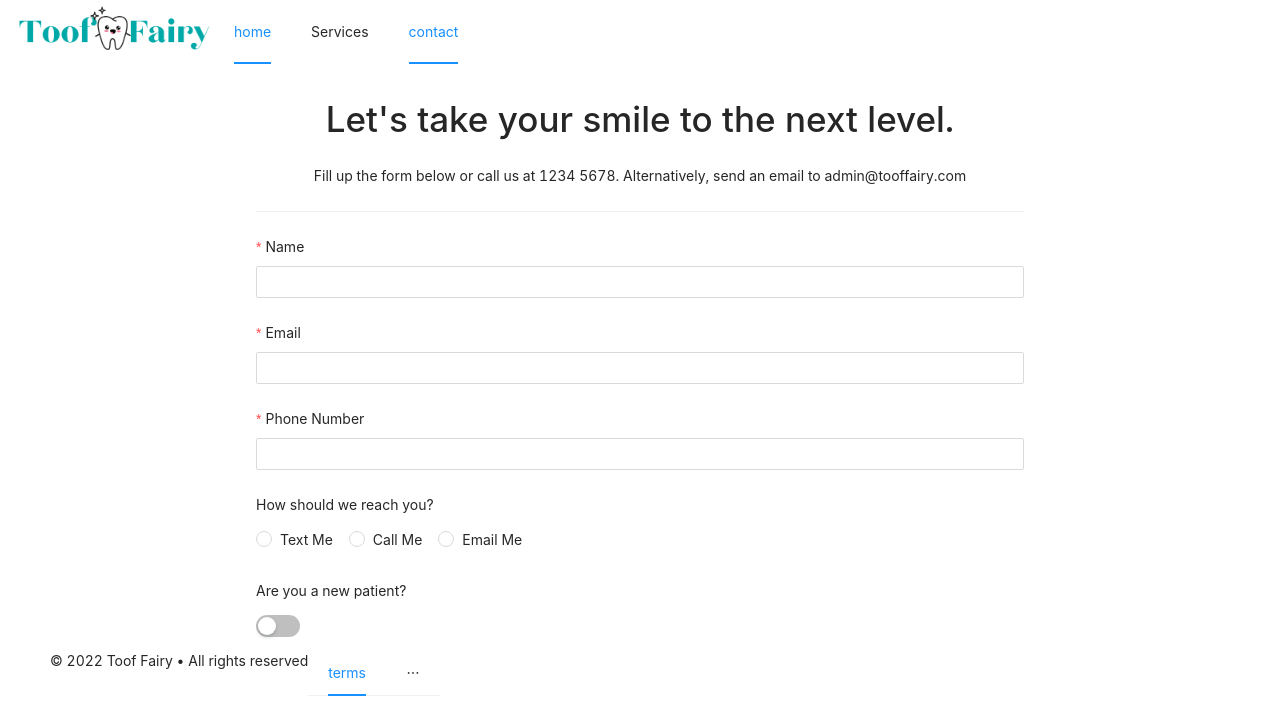
Repository: neldad1/dentist-app
Page: /contact
These files come from the project's save history. The page is drawn as it stood at one moment and after the next save; the edit follows.
The browser window is 1280 px wide. The pictures show the whole page.
An inner scrolling area shows only its first screen. The project was rebuilt for these pictures with package versions that can differ from the ones it lists, and the page was loaded fresh each time. Also part of the build but not shown: src/components/Home.jsx, src/components/Services/ToofImg.jsx, src/components/Services/Cosmetic.jsx, src/components/Services/Restorative.jsx, src/components/Services/Preventative.jsx.

Above is the page before, as saved 2022-03-10 13:57:37.

After the next save:
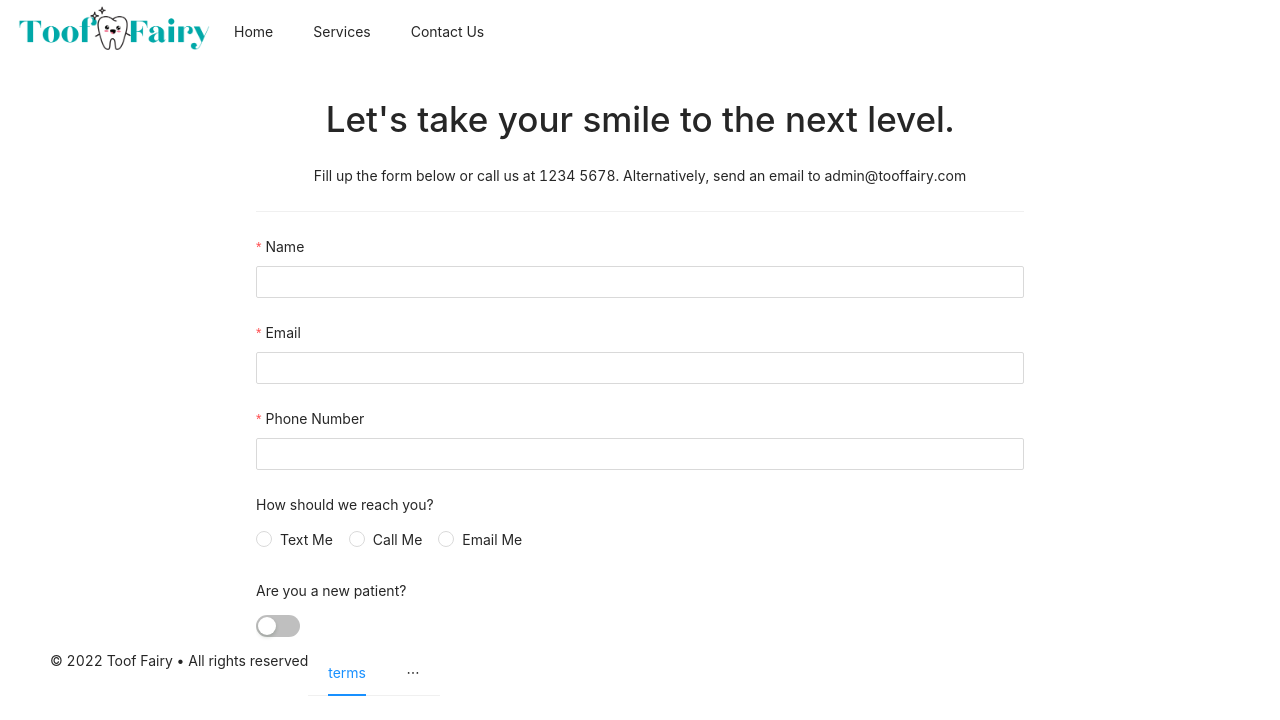
Saved 23 s later.
--- a/src/App.js
+++ b/src/App.js
@@ -5,7 +5,7 @@ import './App.css';
 import AppRoutes from './AppRoutes';
 import { Layout } from 'antd';
 import HeaderLogo from './components/Header/HeaderLogo';
-import HeaderMenu from './components/Header/HeaderMenu';
+import Navigation from './components/Header/Navigation';
 import Rights from './components/Footer/Rights';
 import FooterMenu from './components/Footer/FooterMenu';
 const { Header, Footer, Content } = Layout;
@@ -16,7 +16,7 @@ function App() {
       <Layout className="layout">
         <Header className="header">
           <HeaderLogo />
-          <HeaderMenu />
+          <Navigation />
         </Header>
         <Content>
           <AppRoutes />
